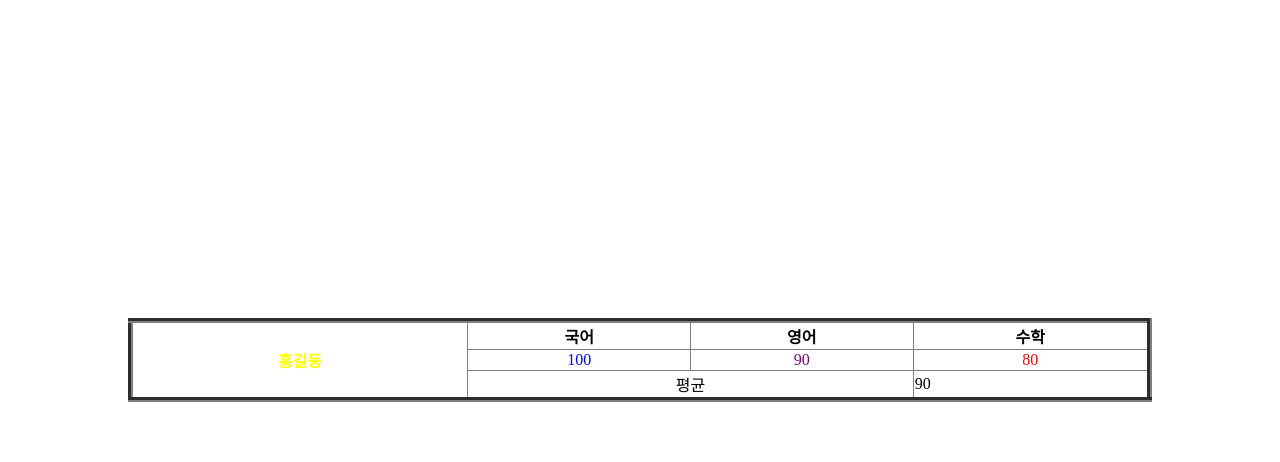
Repository: tjdwlsaos22/TJ_JSP
Page: jsp/HTML/src/main/webapp/Lec04.html
An editor plug-in stored every save of this project. The page is shown before and after the next save, followed by the edit.
The browser window is 1280 px wide. The pictures show the whole page.

Above is the page before, as saved 2024-01-17 03:20:24.

After the next save:
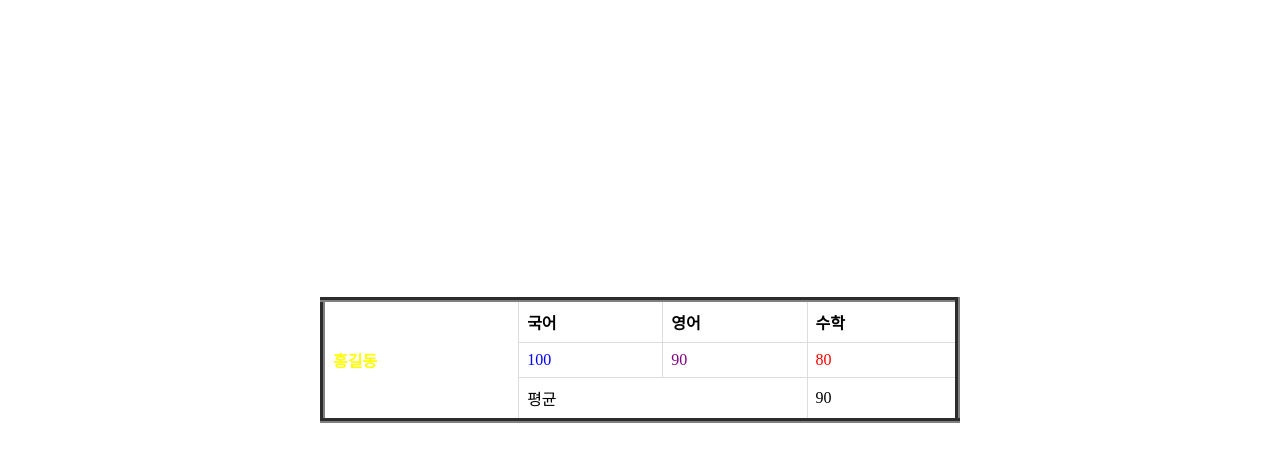
Saved 20 s later.
--- a/jsp/HTML/src/main/webapp/Lec04.html
+++ b/jsp/HTML/src/main/webapp/Lec04.html
@@ -16,10 +16,14 @@
 
     	table {
       	border-collapse: collapse;
-      	width: 80%; /* 테이블의 너비를 조절할 수 있습니다. */
+      	width: 50%; /* 테이블의 너비를 조절할 수 있습니다. */
     	}
 
-
+    	th, td {
+     	border: 1px solid #ddd;
+      	padding: 8px;
+     	text-align: left;
+    }
   </style>
 	</head>
 	<body>
